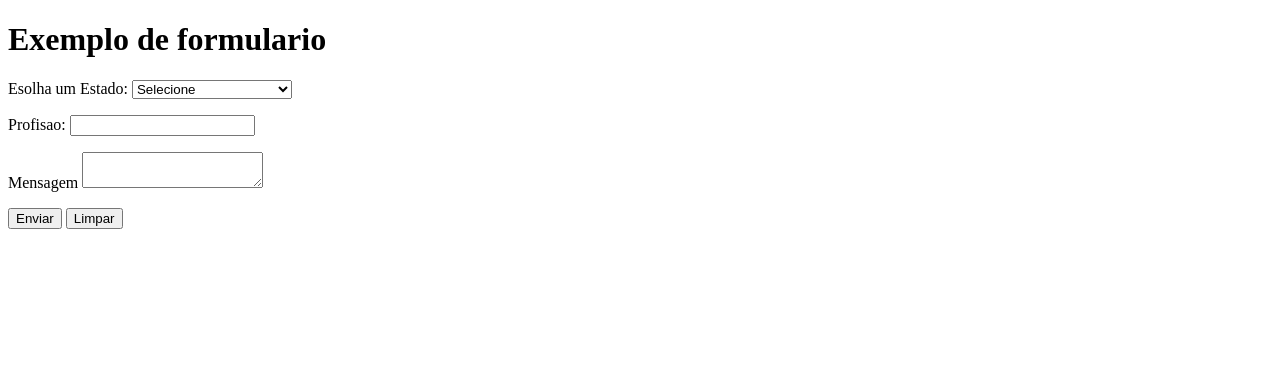
Repository: Lucianorodriguesdev/cursoHTML-CSS
Page: ex025/form007.html
The author's editor kept a copy of each file at every save. The page is drawn from the files as they stood at one save, then again after the next save.
The browser window is 1280 px wide. The pictures show the whole page.

Above is the page before, as saved 2026-07-10 13:10:11.

### ex025/form007.html
<!DOCTYPE html>
<html lang="pt-br">
<head>
    <meta charset="UTF-8">
    <meta name="viewport" content="width=device-width, initial-scale=1.0">
    <title>Formulario</title>
</head>
<body>
    <h1>Exemplo de formulario</h1>
    <form action="formulario.php" method="get">
        <p>
            <label for="iestado">Esolha um Estado:</label>

            <select name="estado" id="iestado">
                <option value="select" selected select disabled>Selecione</option>
                <optgroup label="Regiao Sudeste">
                    <option value="SP">São Paulo</option>
                    <option value="RJ">Rio de Janeiro</option>
                    <option value="MG">Minas Gerais</option>
                </optgroup>

                <optgroup label="Regiao Nordeste">
                    <option value="RN">Rio Grande do Norte</option>
                    <option value="PE">Pernambuco</option>
                    <option value="MA">Maranhão</option>
                </optgroup>

            </select>
        </p>

        <p>
            <label for="iprofissao">Profisao:</label>
            <input type="text" name="profissao" id="iprofissao" list="list">
            <datalist id="list">
                <option >Desenvolvedor</option>
                <option value="adm">Administrador</option>
                <option value="prof">professor</option>
            </datalist>
        </p>
        <p>
            <label for="Msg">Mensagem</label>
            <textarea name="msg" id="Msg"></textarea>
        </p>

        <p>
            <input type="submit" value="Enviar">
            <input type="reset" value="Limpar">
        </p>
    </form>
</body>
</html>

After the next save:
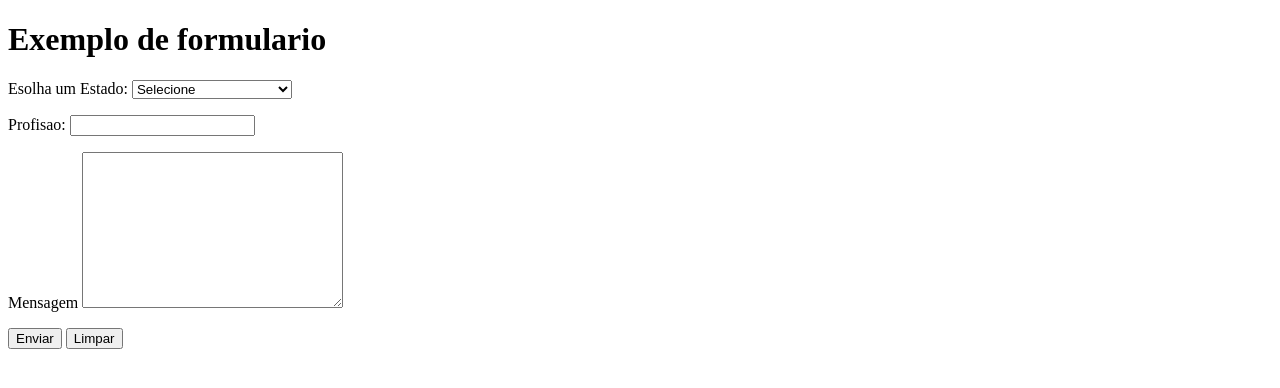
Saved 24 s later.
--- a/ex025/form007.html
+++ b/ex025/form007.html
@@ -39,7 +39,7 @@
         </p>
         <p>
             <label for="Msg">Mensagem</label>
-            <textarea name="msg" id="Msg"></textarea>
+            <textarea name="msg" id="Msg" cols="30" rows="10"></textarea>
         </p>
 
         <p>
